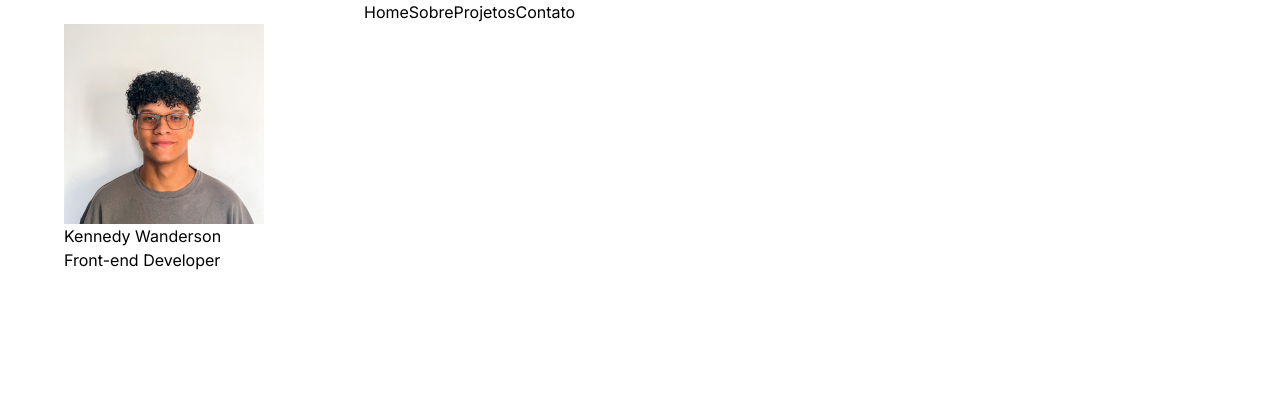
Repository: KennedyWanderson/landing
Page: /
An editor plug-in stored every save of this project. The page is shown before and after the next save, followed by the edit.
The browser window is 1280 px wide. The pictures show the whole page.
The project was rebuilt for these pictures with package versions that can differ from the ones it lists, and the page was loaded fresh each time. The framework's server and built-in components were replaced by stand-ins that run in the browser. Also part of the build but not shown: next.config.js.

Above is the page before, as saved 2024-01-03 15:22:28.

After the next save:
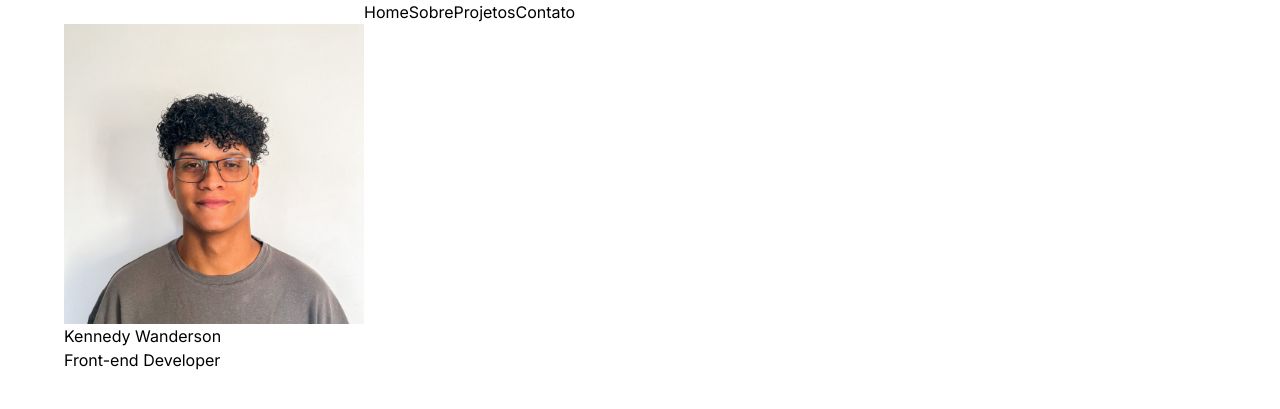
Saved 8 min 24 s later.
--- a/src/Components/Content.tsx
+++ b/src/Components/Content.tsx
@@ -8,7 +8,7 @@ export default function Content(){
             <Header />
             <div className="flex flex-col items-center">
                 <div className="flex items-center tracking-wider space-x-6">
-                    <Image className="rounded-full" src="/me.jpeg" alt="" width={200} height={200} />
+                    <Image className="rounded-full" src="/me.jpeg" alt="" width={300} height={200} />
                     <span>Kennedy Wanderson <br></br> Front-end Developer</span>
                 </div>
             </div>
